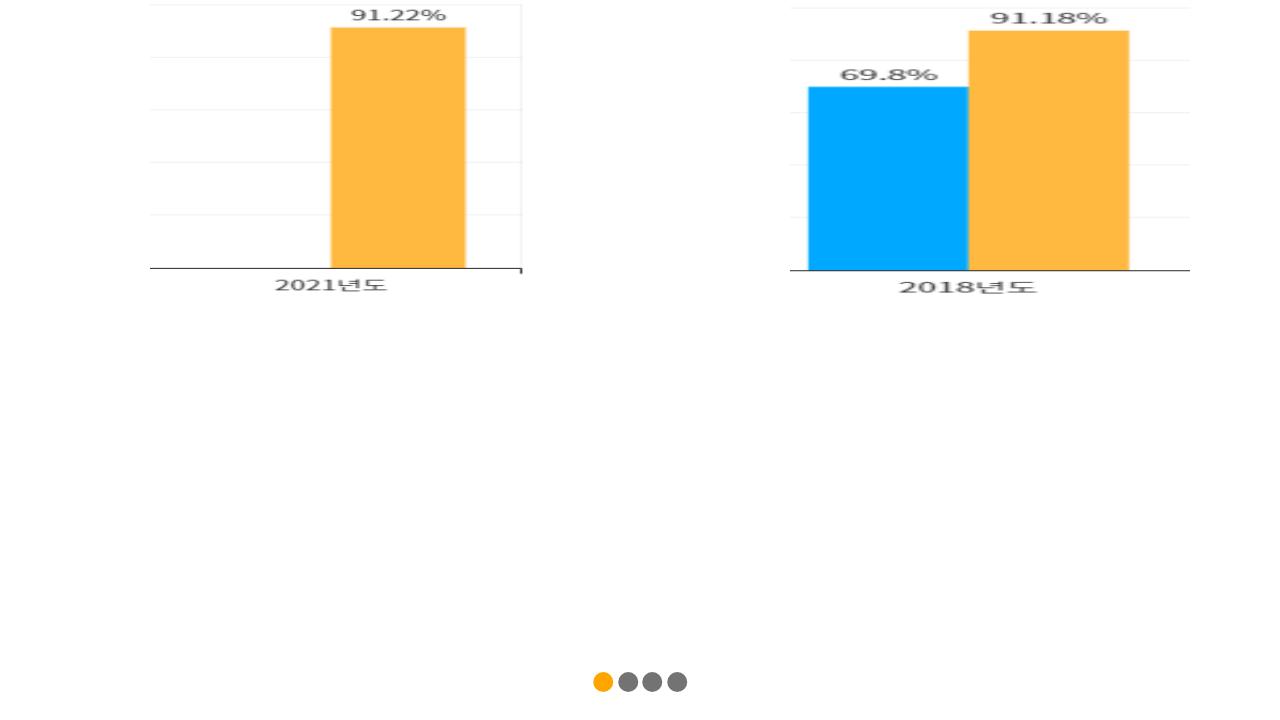
Repository: JavaJin96/kr.or.ddit.HighJava
Page: http://localhost/TeamProjectDCUM/work_psj/iframe_psj/getwork.jsp
The author's editor kept a copy of each file at every save. The page is drawn from the files as they stood at one save, then again after the next save.
The browser window is 1280 px wide. The pictures show the whole page.
The page is served by Tomcat 9. Other server files are loaded and not shown.

Above is the page before, as saved 2022-02-16 01:08:21.

### 3.Highjava/workspace/TeamProjectDCUM/WebContent/work_psj/iframe_psj/getwork.jsp
<%@ page language="java" contentType="text/html; charset=UTF-8"
    pageEncoding="UTF-8"%>
<!DOCTYPE html>
<html>
<head>
<meta charset="UTF-8">
<title>Insert title here</title>
<!-- 카드 -->
<link rel="stylesheet" href="https://cdn.jsdelivr.net/npm/bootstrap@4.6.1/dist/css/bootstrap.min.css">
<script src="https://cdn.jsdelivr.net/npm/jquery@3.5.1/dist/jquery.slim.min.js"></script>
<script src="https://cdn.jsdelivr.net/npm/popper.js@1.16.1/dist/umd/popper.min.js"></script>
<script src="https://cdn.jsdelivr.net/npm/bootstrap@4.6.1/dist/js/bootstrap.bundle.min.js"></script>
<style>
/*---------------------- 슬라이드 ----------------------------*/
.slider{
    width: 640px;
    height: 400px;
    /*  position: relative;*/
    overflow: hidden; /* 현재 슬라이드 오른쪽에 위치한 나머지 슬라이드 들이 보이지 않도록 가림 */
/*     text-align: center; */
	display: flex;
}
.slider input[type=radio]{
    display: none;
}
img{
	width : 400px;
    height : 300px;
    margin-left: 150px;
}

ul.imgs{
    padding: 0;
    margin: 0;
    list-style: none;
}
ul.imgs li{
    position: absolute;
    left: 640px;
    transition-delay: 1s; /* 새 슬라이드가 이동해 오는 동안 이전 슬라이드 이미지가 배경이 보이도록 지연 */
    padding: 0;
    margin: 0;
}

.bullets{
    position: absolute;
    left: 50%;
    transform: translateX(-50%);
    bottom: 20px;
    z-index: 2;
}

.bullets label{
    display: inline-block;
    border-radius: 50%;
    background-color: rgba(0,0,0,0.55);
    width: 20px;
    height: 20px;
    cursor: pointer;
}

/* 현재 선택된 불릿 배경 흰색으로 구분 표시 */
.slider input[type=radio]:nth-child(1):checked~.bullets>label:nth-child(1){
    background-color: orange;
}

.slider input[type=radio]:nth-child(2):checked~.bullets>label:nth-child(2){
    background-color: orange;
}

.slider input[type=radio]:nth-child(3):checked~.bullets>label:nth-child(3){
    background-color: orange;
}

.slider input[type=radio]:nth-child(4):checked~.bullets>label:nth-child(4){
    background-color: orange;
}

 .slider input[type=radio]:nth-child(1):checked~ul.imgs>li:nth-child(1){
     left: 0;
     transition: 0.5s;
     z-index:1;
 }

 .slider input[type=radio]:nth-child(2):checked~ul.imgs>li:nth-child(2){
     left: 0;
     transition: 0.5s;
     z-index:1;
 }

 .slider input[type=radio]:nth-child(3):checked~ul.imgs>li:nth-child(3){
     left: 0;
     transition: 0.5s;
     z-index:1;
 }

 .slider input[type=radio]:nth-child(4):checked~ul.imgs>li:nth-child(4){
     left: 0;
     transition: 0.5s;
     z-index:1;
 }

</style>


</head>
<body>

	<div class="slider" targer="ifr">
	    <input type="radio" name="slide" id="slide1" checked>
	    <input type="radio" name="slide" id="slide2">
	    <input type="radio" name="slide" id="slide3">
	    <input type="radio" name="slide" id="slide4">

	    <ul id="imgholder" class="imgs">
	        <li><img src="<%=request.getContextPath()%>/images/main/getwork2.png" targer="ifr"></li>
	        <li><img src="<%=request.getContextPath()%>/images/main/getwork3.PNG" targer="ifr"></li>
	        <li><img src="<%=request.getContextPath()%>/images/main/getwork4.PNG" targer="ifr"></li>
	        <li><img src="<%=request.getContextPath()%>/images/main/getwork5.PNG" targer="ifr" ></li>
	    </ul>

	    <div class="bullets">
	        <label for="slide1">&nbsp;</label>
	        <label for="slide2">&nbsp;</label>
	        <label for="slide3">&nbsp;</label>
	        <label for="slide4">&nbsp;</label>
	    </div>
	</div>


</body>
</html>

After the next save:
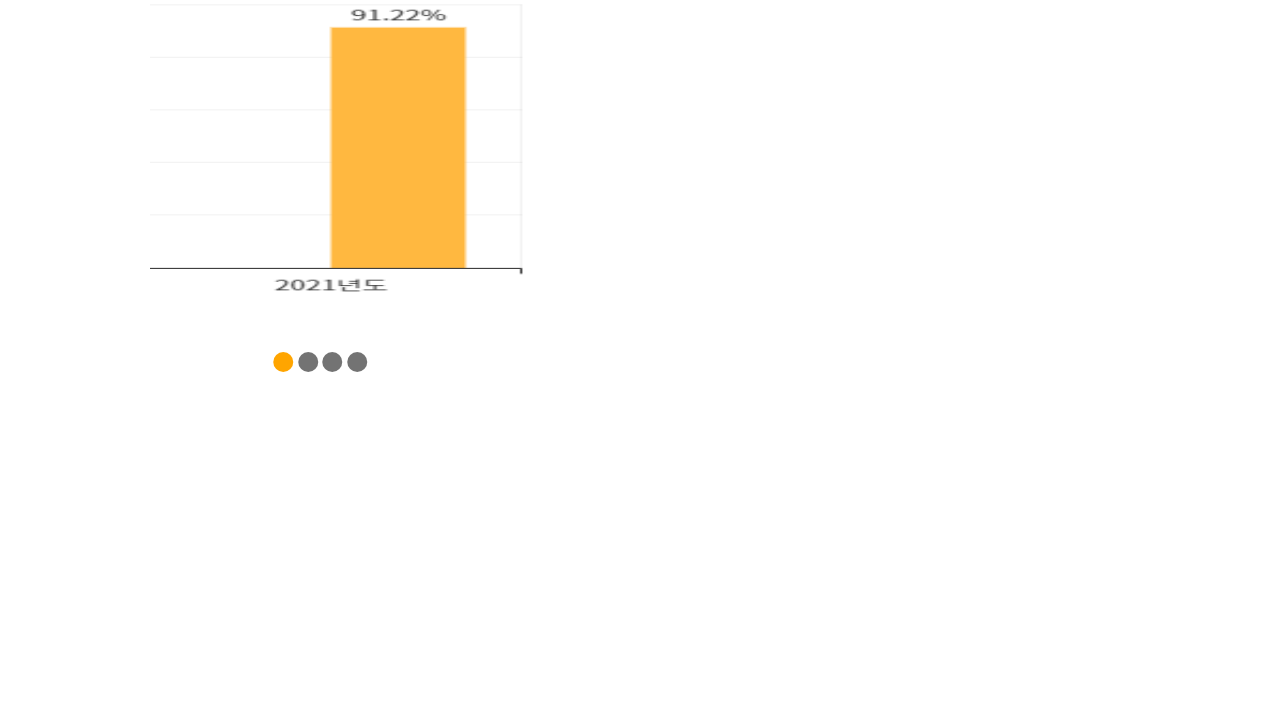
Saved 13 s later.
--- a/3.Highjava/workspace/TeamProjectDCUM/WebContent/work_psj/iframe_psj/getwork.jsp
+++ b/3.Highjava/workspace/TeamProjectDCUM/WebContent/work_psj/iframe_psj/getwork.jsp
@@ -15,7 +15,7 @@
 .slider{
     width: 640px;
     height: 400px;
-    /*  position: relative;*/
+    position: relative;
     overflow: hidden; /* 현재 슬라이드 오른쪽에 위치한 나머지 슬라이드 들이 보이지 않도록 가림 */
 /*     text-align: center; */
 	display: flex;
